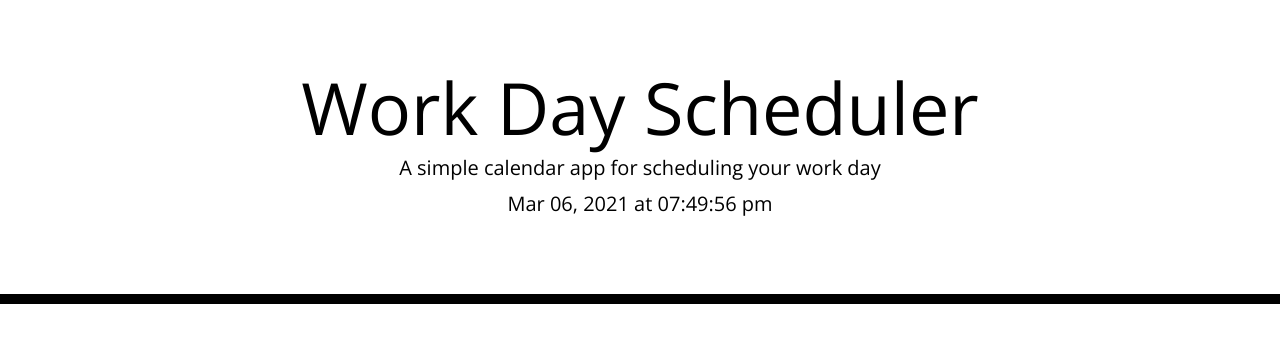
Repository: ziffoit/Work-Day_Scheduler
Page: Develop/index.html
The author's editor kept a copy of each file at every save. The page is drawn from the files as they stood at one save, then again after the next save.
The browser window is 1280 px wide. The pictures show the whole page.
Some web libraries are served in a nearby version.

Above is the page before, as saved 2021-03-16 13:14:41.

### Develop/index.html
<!DOCTYPE html>
<html lang="en">
  <head>
    <meta charset="UTF-8" />
    <meta name="viewport" content="width=device-width, initial-scale=1.0" />
    <meta http-equiv="X-UA-Compatible" content="ie=edge" />
    <link
      rel="stylesheet"
      href="https://stackpath.bootstrapcdn.com/bootstrap/4.3.1/css/bootstrap.min.css"
    />
    <link
      rel="stylesheet"
      href="https://use.fontawesome.com/releases/v5.8.1/css/all.css"
      integrity="sha384-50oBUHEmvpQ+1lW4y57PTFmhCaXp0ML5d60M1M7uH2+nqUivzIebhndOJK28anvf"
      crossorigin="anonymous"
    />
    <link
      href="https://fonts.googleapis.com/css?family=Open+Sans&display=swap"
      rel="stylesheet"
    />
    <link rel="stylesheet" href="style.css" />
    <title>Work Day Scheduler</title>
  </head>

  <body>
    <header class="jumbotron">
      <h1 class="display-3">Work Day Scheduler</h1>
      <p class="lead">A simple calendar app for scheduling your work day</p>
      <p id="currentDay" class="lead"></p>
    </header>
    <div class="container">
      <!-- Timeblocks go here -->
    </div>

    <script src="https://cdnjs.cloudflare.com/ajax/libs/jquery/3.2.1/jquery.min.js"></script>
    <script src="https://cdnjs.cloudflare.com/ajax/libs/moment.js/2.24.0/moment.min.js"></script>
    <script src="script.js"></script>
  </body>
</html>

### Develop/style.css
body {
  font-family: 'Open Sans', sans-serif;
  font-size: 16px;
  line-height: 1;
}

textarea{
  background: transparent;
  border: none;
  resize: none;
  color: #000000;
  border-left: 1px solid black;
  padding: 10px;
}

.jumbotron {
  text-align: center;
  background-color: transparent;
  color: black;
  border-radius: 0;
  border-bottom: 10px solid black;
}

.description{
  white-space: pre-wrap;
}

.time-block{
  text-align: center;
  border-radius: 15px;
}

.row {
  white-space: pre-wrap;
  height: 80px;
  border-top: 1px solid white;;
}

.hour {
  background-color: #ffffff;
  color: #000000;
  border-top: 1px dashed #000000;
}

.past {
  background-color: #d3d3d3;
  color: white;
}

.present {
  background-color: #ff6961;
  color: white;
}

.future {
  background-color: #77dd77;
  color: white;
}

.saveBtn {
  border-left: 1px solid black;
  border-top-right-radius: 15px;
  border-bottom-right-radius: 15px;
  background-color: #06AED5;
  color: white;
}

.saveBtn i:hover {
  font-size: 20px;
  transition: all .3s ease-in-out;
}

### Develop/script.js
var currentDay = $('#currentDay')

function dateAndTime() {
    var rightNow = moment().format('MMM DD, YYYY [at] hh:mm:ss a');
    currentDay.text(rightNow);
  }

  setInterval(dateAndTime, 1000)

After the next save:
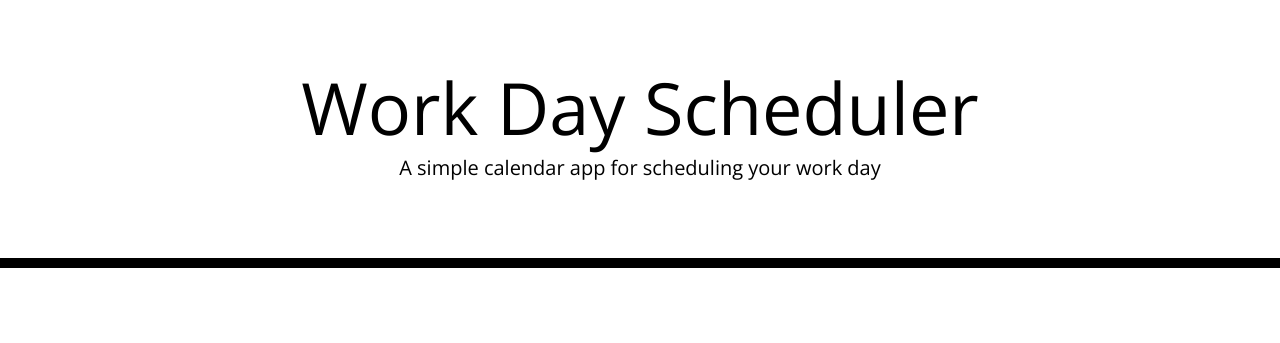
Not found: Develop/develop/script.js
Saved 91 s later.
--- a/Develop/index.html
+++ b/Develop/index.html
@@ -34,6 +34,6 @@
 
     <script src="https://cdnjs.cloudflare.com/ajax/libs/jquery/3.2.1/jquery.min.js"></script>
     <script src="https://cdnjs.cloudflare.com/ajax/libs/moment.js/2.24.0/moment.min.js"></script>
-    <script src="script.js"></script>
+    <script src="./develop/script.js"></script>
   </body>
 </html>

After the save that followed:
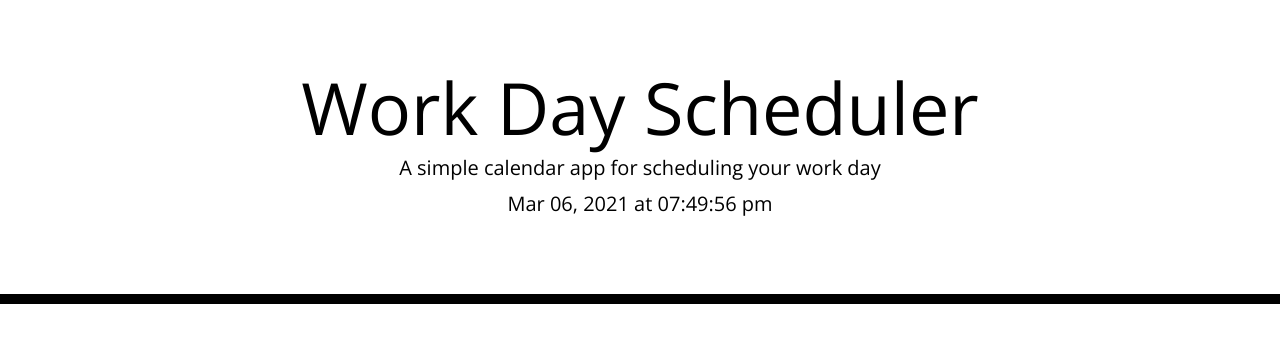
Saved 2 min 2 s later.
--- a/Develop/index.html
+++ b/Develop/index.html
@@ -34,6 +34,6 @@
 
     <script src="https://cdnjs.cloudflare.com/ajax/libs/jquery/3.2.1/jquery.min.js"></script>
     <script src="https://cdnjs.cloudflare.com/ajax/libs/moment.js/2.24.0/moment.min.js"></script>
-    <script src="./develop/script.js"></script>
+    <script src="script.js"></script>
   </body>
 </html>
